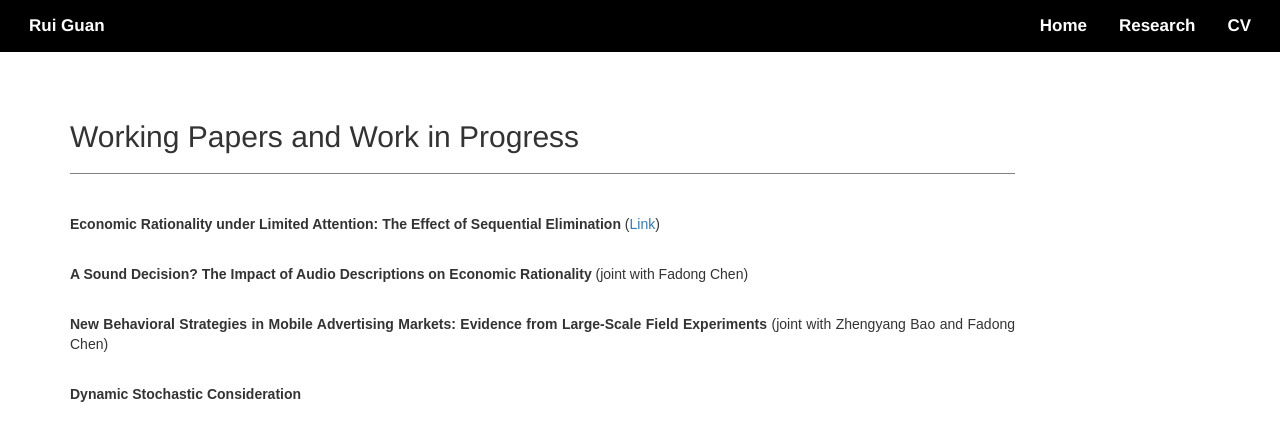
Repository: rui-guan/rui-guan.github.io
Page: research.html
The author's editor kept a copy of each file at every save. The page is drawn from the files as they stood at one save, then again after the next save.
The browser window is 1280 px wide. The pictures show the whole page.

Above is the page before, as saved 2024-04-28 15:41:05.

### research.html

<!DOCTYPE html>
<html lang="en">


  <html lang="en">
    <head>
      <title>Rui Guan</title>
      <meta charset="utf-8">
      <meta name="viewport" content="width=device-width, initial-scale=1">
      <link rel="stylesheet" href="https://maxcdn.bootstrapcdn.com/bootstrap/3.3.6/css/bootstrap.min.css">
      <script src="https://ajax.googleapis.com/ajax/libs/jquery/1.12.0/jquery.min.js"></script>
      <script src="https://maxcdn.bootstrapcdn.com/bootstrap/3.3.6/js/bootstrap.min.js"></script>
      <link href='https://fonts.googleapis.com/css?family=Oswald:700' rel='stylesheet' type='text/css'>
      <style>

        p {text-align: justify;
          font-size: 14px;
          font-family: Arial, Helvetica, sans-serif;
        }


        nav{
    display: flex;
    position: fixed;
    top:0;
    width: 100%;
    background-color: black;
    overflow: auto;
    height: auto;
    padding-left: 15px;
    padding-right: 15px;
  }
  .left-links{
    flex:1 1 200px;
  }
  .links {
    display: inline-block;
    text-align: center;
    padding: 14px;
    color: white;
    text-decoration: none;
    font-size: 17px;
    font-weight: bolder;
  }
  .links:hover {
    color: white;
  }
  .selected{
    color: white;
  }

        </style>
    </head>
    <body>

    <!-- Navigation -->
<!-- Navigation -->
<nav>
  <div class="left-links">
    <a class="links"  href="index.html">Rui Guan</a>

  </div>
  <div class="right-links">

  <a class="links"  href="index.html">Home</a>
   <a class="links"  href="research.html">Research</a>
   <a class="links" href="./asset/cv.pdf">CV</a>
  </div>
  </nav>
  <!-- Page Content -->

  <br>
  <br>
  <br>
  <br>
  <br>

    <!-- Page Content -->
    <div class="container">

        <div class="row">
            <div class="col-md-10" style="height">
                <h2 id="slides">Working Papers and Work in Progress</h2>
                <hr style="height:1px;border-width:0;color:gray;background-color:gray">
                <br>
                <p>
                  <strong>Economic Rationality under Limited Attention: The Effect of Sequential Elimination</strong> (<a href="./paper/ERuLA.pdf">Link</a>)
                </p>
                <br>
                <p>
                  <strong>A Sound Decision? The Impact of Audio Descriptions on Economic Rationality </strong> (joint with Fadong Chen)
                </p>
                <br>
                <p>
                  <strong>New Behavioral Strategies in Mobile Advertising Markets: Evidence from Large-Scale Field Experiments </strong> (joint with Zhengyang Bao and Fadong Chen)
                </p>
                <br>
                <p>
                  <strong>Dynamic Stochastic Consideration</strong>
                </p>
                <br>
                <br>
                <br>
          </div>
        </div>

    </div>
    <!-- /.container -->

</body>

</html>

After the next save:
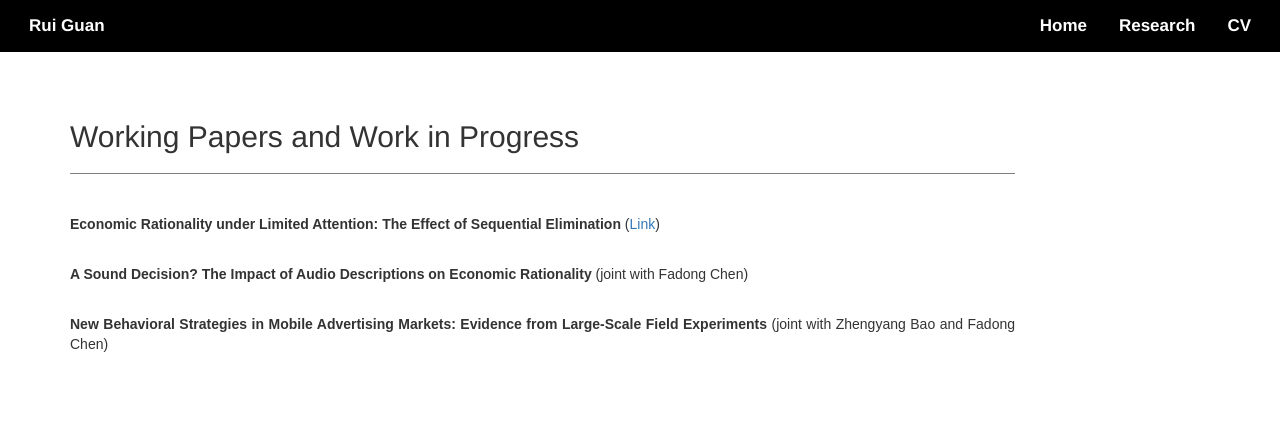
Saved 38 s later.
--- a/research.html
+++ b/research.html
@@ -96,9 +96,6 @@
                   <strong>New Behavioral Strategies in Mobile Advertising Markets: Evidence from Large-Scale Field Experiments </strong> (joint with Zhengyang Bao and Fadong Chen)
                 </p>
                 <br>
-                <p>
-                  <strong>Dynamic Stochastic Consideration</strong>
-                </p>
                 <br>
                 <br>
                 <br>
